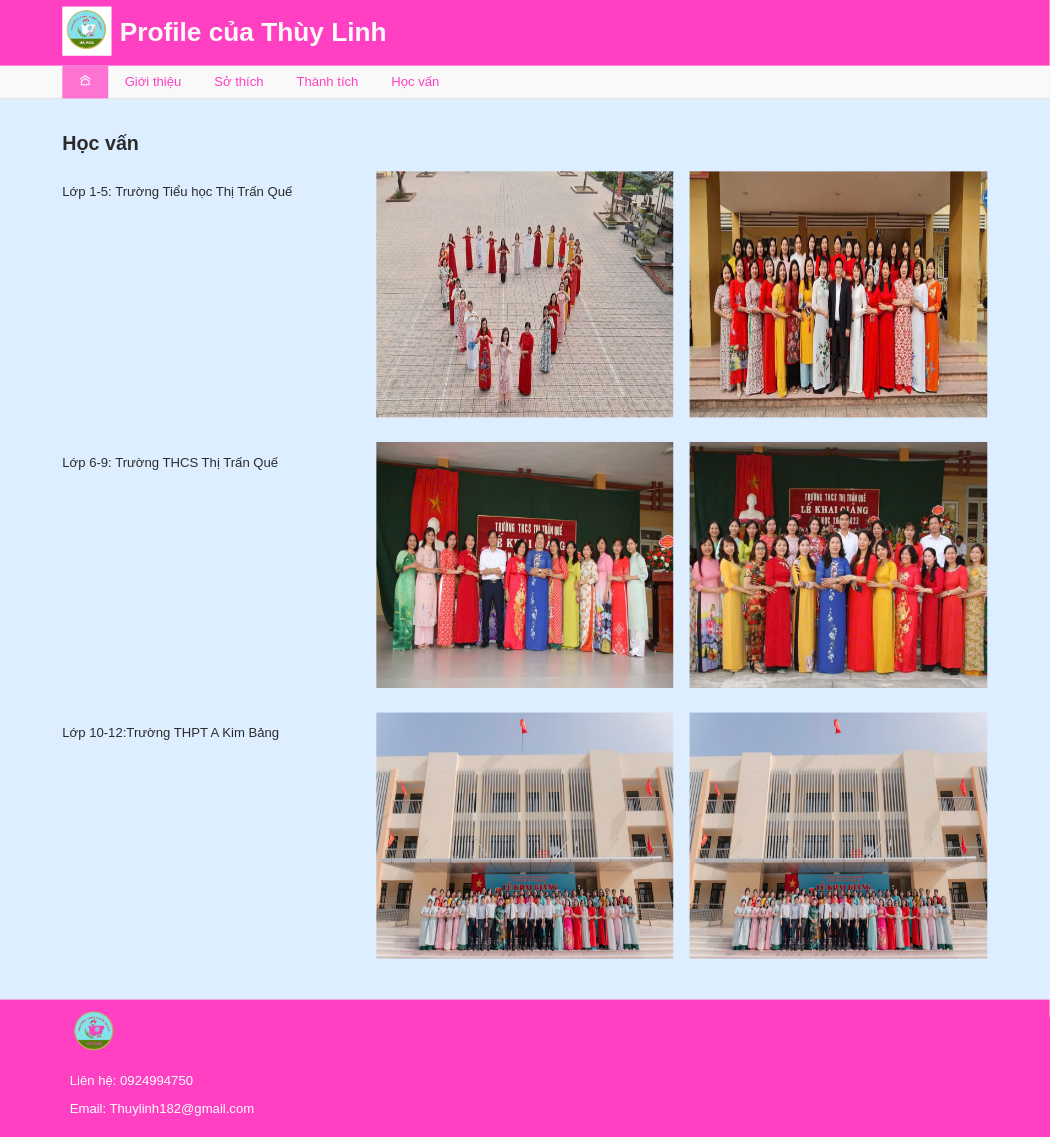
Repository: DucLong-PD07979/profile-vu-thuy-linh
Page: hoc-van.html
These files come from the project's save history. The page is drawn as it stood at one moment and after the next save; the edit follows.
The browser window is 1280 px wide. The pictures show the whole page, at 82% of full size.

Above is the page before, as saved 2025-03-13 22:18:19.
Not found: script.js

### hoc-van.html
<!DOCTYPE html>
<html lang="vi">
    <head>
        <meta charset="UTF-8" />
        <meta name="viewport" content="width=device-width, initial-scale=1.0" />
        <title>Profile của Thùy Linh</title>
        <link rel="stylesheet" href="./css/main.css" />
        <script defer src="script.js"></script>
    </head>
    <body>
        <header>
            <div class="container">
                <div class="logo">
                    <img src="./images/anh-doan-3.jpg" alt="Logo" />
                </div>
                <h1>Profile của Thùy Linh</h1>
            </div>
        </header>
        <div class="menu-list">
            <div class="container">
                <nav>
                    <ul>
                        <li>
                            <a href="./index.html" class="active">
                                <svg
                                    xmlns="http://www.w3.org/2000/svg"
                                    viewBox="0 0 24 24"
                                    fill="currentColor"
                                >
                                    <path
                                        d="M12.5812 2.68627C12.2335 2.43791 11.7664 2.43791 11.4187 2.68627L1.9187 9.47198L3.08118 11.0994L11.9999 4.7289L20.9187 11.0994L22.0812 9.47198L12.5812 2.68627ZM19.5812 12.6863L12.5812 7.68627C12.2335 7.43791 11.7664 7.43791 11.4187 7.68627L4.4187 12.6863C4.15591 12.874 3.99994 13.177 3.99994 13.5V20C3.99994 20.5523 4.44765 21 4.99994 21H18.9999C19.5522 21 19.9999 20.5523 19.9999 20V13.5C19.9999 13.177 19.844 12.874 19.5812 12.6863ZM5.99994 19V14.0146L11.9999 9.7289L17.9999 14.0146V19H5.99994Z"
                                    ></path>
                                </svg>
                            </a>
                        </li>
                        <li>
                            <a href="./ban-than.html">Giới thiệu</a>
                            <ul class="menu-children">
                                <li><a href="./ban-than.html">Bản thân</a></li>
                                <li><a href="./gia-dinh.html">Gia đình</a></li>
                            </ul>
                        </li>
                        <li><a href="./so-thich.html">Sở thích</a></li>
                        <li><a href="./thanh-tich.html">Thành tích</a></li>
                        <li><a href="./hoc-van.html">Học vấn</a></li>
                    </ul>
                </nav>
            </div>
        </div>
        <section id="education">
            <div class="container">
                <h2>Học vấn</h2>
                <div class="education-section-content">
                    <div class="box">
                        <p>Lớp 1-5: Trường Tiểu học Thị Trấn Quế</p>
                        <img src="./images/anh-lop-1.jpg" alt="" />
                        <img src="./images/anh-lop-1-2.jpg" alt="" />
                    </div>
                    <div class="box">
                        <p>Lớp 6-9: Trường THCS Thị Trấn Quế</p>
                        <img src="./images/anh-lop-9-1.jpg" alt="" />
                        <img src="./images/anh-lop-9-2.jpg" alt="" />
                    </div>
                    <div class="box">
                        <p>Lớp 10-12:Trường THPT A Kim Bảng</p>
                        <img src="./images/anh-lop-12-1.jpg" alt="" />
                        <img src="./images/anh-lop-12-1.jpg" alt="" />
                    </div>
                </div>
            </div>
        </section>
        <footer>
            <div class="container">
                <div class="logo">
                    <img
                        src="./images/anh-doan-3-removebg-preview.png"
                        alt="Logo"
                    />
                </div>
                <p>Liên hệ: 0924994750</p>
                <p>Email: Thuylinh182@gmail.com</p>
            </div>
        </footer>
    </body>
</html>
<!-- https://profile-vu-thuy-linh.vercel.app/ -->

### css/main.css
* {
    box-sizing: border-box;
}

body {
    font-family: Arial, sans-serif;
    margin: 0;
    padding: 0;
    background-color: #f9f9f9;
    color: #2c2c2c;
}

.container {
    margin: 0 5%;
    padding: 0 12px;
}

header {
    background-color: #ff40c2;
    color: #f9f9f9;
}

header .container {
    display: flex;
    align-items: center;
}

.logo img {
    width: 60px;
    height: 60px;
    margin-right: 10px;
}

.menu-list {
    color: #ff40c2;
    border-bottom: 1px solid #d6d6d6;
}

nav ul {
    list-style: none;
    padding: 0;
    display: flex;
    align-items: center;
    margin: 0;
}

nav ul li {
    display: inline;
    position: relative;
}

nav ul li a {
    color: #ff40c2;
    text-decoration: none;
    padding: 10px 20px;
    display: block;
    font-size: 16px;
    transition: all 0.1s linear;
}

nav ul li a.active {
    background-color: #fe73d2;
}

nav ul li a svg {
    width: 16px;
    height: 16px;
    color: #ffffff;
}

nav ul li a:hover {
    color: white;
    background-color: #fe73d2;
}

.menu-children {
    position: absolute;
    z-index: 9;
    top: 100%;
    display: none;
    background-color: #f9f9f9;
}

nav ul li:hover .menu-children {
    display: block;
}

.participation-section {
    display: grid;
    gap: 10px;
    grid-template-columns: 1fr 1fr 1fr 1fr 1fr;
}

.item-1 {
    grid-column: 1 / 5;
    display: grid;
    grid-template-columns: 1fr 1fr;
    gap: 10px;
    width: 100%;
}

.item-2 {
    grid-column: 5 / 6;
}

.participation-section .item-1 img {
    width: 100%;
    height: 300px;
}

.participation-section .item-2 img {
    width: 100%;
    height: 240px;
    margin-bottom: 10px;
}

.participation-content {
    width: 100%;
}

.participation-content a {
    color: #404042;
    display: block;
    padding: 6px 0;
}

.participation-content a:hover {
    color: #fe73d2;
    text-decoration: underline;
}

/* giới thiệu bản thân */
#introduce-section {
    background-color: #fbdce2;
    width: 100%;
    padding: 20px 0;
}

.introduce-section-content {
    display: grid;
    grid-template-columns: 1fr 1fr;
    gap: 10px;
    align-items: center;
}

.introduce-section-content .box .gallery {
    width: 100%;
}

.introduce-section-content .box .gallery img {
    width: 100%;
    height: 400px;
    object-fit: fill;
}

.introduce-section-content .item-3 {
    grid-column: 1 /3;
    display: grid;
    gap: 20px;
    grid-template-columns: 1fr 1fr 1fr;
}

.introduce-section-content img {
    width: 100%;
    height: 600px;
    margin: 50px 0;
}

.introduce-section-content .box p {
    font-size: 18px;
}
/* gia dinh */

#family-section {
    background-color: #e8d5f3;
    width: 100%;
    padding: 20px 0;
}

.family-section-content {
    display: grid;
    grid-template-columns: 1fr 1fr 1fr 1fr;
    gap: 10px;
}

.family-section-content .box img {
    width: 100%;
    height: 340px;
    object-fit: fill;
}

.family-section-content .box p {
    font-size: 18px;
}

/* thanh tich */

#achievements {
    background-color: #eeeeeb;
    width: 100%;
    padding: 20px 0;
}

.achievements-section-content {
    display: grid;
    grid-template-columns: 1fr 1fr;
    gap: 10px;
}

.achievements-section-content .box img {
    width: 100%;
    height: 400px;
}

.achievements-section-content .box p {
    font-size: 18px;
}

/* học vấn */
#education {
    background-color: #dceeff;
    width: 100%;
    padding: 20px 0;
    min-height: 500px;
}

.education-section-content .box {
    display: grid;
    grid-template-columns: 1fr 1fr 1fr;
    gap: 20px;
    margin-bottom: 30px;
}

.education-section-content .box img {
    width: 100%;
    height: 300px;
}

/* sở thích */
.hobbies-section-content .images {
    display: flex;
    gap: 10px;
    display: grid;
    grid-template-columns: 1fr 1fr 1fr;
}

.hobbies-section-content .images {
    width: 100%;
    margin-top: 120px;
    margin-bottom: 120px;
}

.hobbies-section-content .images img {
    width: 100%;
    height: 100%;
}

footer {
    background-color: #ff40c2;
    color: white;
    padding: 10px;
}

After the next save:
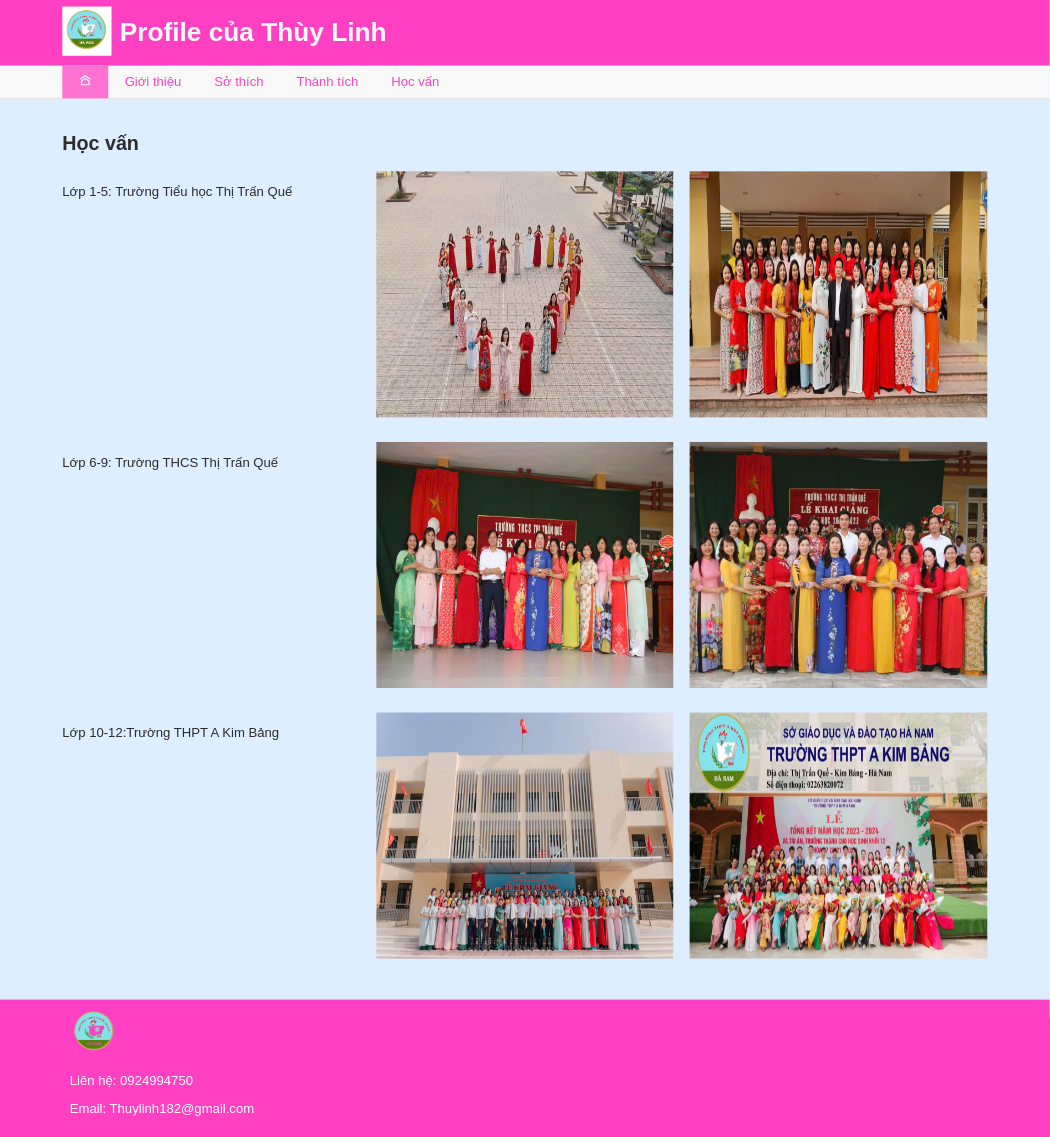
Saved 13 s later.
--- a/hoc-van.html
+++ b/hoc-van.html
@@ -64,7 +64,7 @@
                     <div class="box">
                         <p>Lớp 10-12:Trường THPT A Kim Bảng</p>
                         <img src="./images/anh-lop-12-1.jpg" alt="" />
-                        <img src="./images/anh-lop-12-1.jpg" alt="" />
+                        <img src="./images/anh-lop12-2.jpg" alt="" />
                     </div>
                 </div>
             </div>
